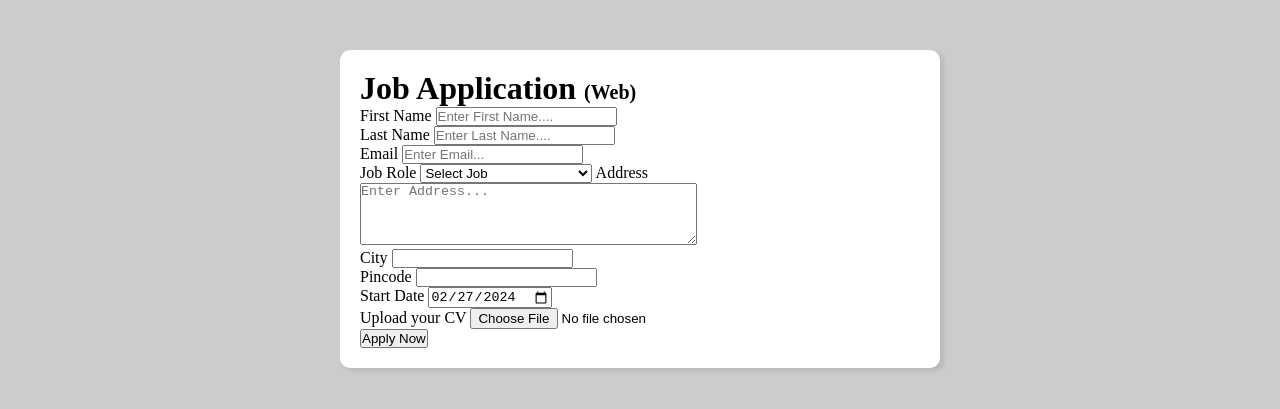
Repository: diensy/JOB-APPLICATION
Page: index.html
The author's editor kept a copy of each file at every save. The page is drawn from the files as they stood at one save, then again after the next save.
The browser window is 1280 px wide. The pictures show the whole page.

Above is the page before, as saved 2024-02-27 22:08:10.

### index.html
<!DOCTYPE html>
<html lang="en">
  <head>
    <meta charset="UTF-8" />
    <meta name="viewport" content="width=device-width, initial-scale=1.0" />
    <title>Job Application Form</title>
    <link rel="stylesheet" href="Job_Application.css" />
  </head>
  <body>
    <div class="container">
      <div class="apply">
        <h1>Job Application <span class="web">(Web)</span></h1>

    <form action="">
      <div class="form_container">
        <div class="form_control">
          <label for="first">First Name</label>
          <input type="text" id="first" placeholder="Enter First Name...." />
        </div>
        <div class="form_control">
          <label for="last">Last Name</label>
          <input type="text" id="last" placeholder="Enter Last Name...." />
        </div>
        <div class="form_control">
          <label for="Email">Email</label>
          <input type="email" id="Email" placeholder="Enter Email..." />
        </div>
        <div class="form_control">
        <label for="Job">Job Role</label>
      <select name="JobRole" id="Job">
        <option value="Select Job">Select Job</option>
        <option value="JAVA">JAVA DEVELOPER</option>
        <option value="WEB">WEB DEVELOPER</option>
        <option value="BACKEND">BACKEND DEVELOPER</option>
        <option value="MERN DEVELOPER">MERN DEVELOPER</option>
      </div>
      </select>
      <label for="address">Address</label>
      <div class="textarea_control">
      <textarea
        name="Address"
        id="address"
        cols="40"
        rows="4"
        placeholder="Enter Address..."
      ></textarea>
    </div>
    <div class="textarea_control">
      <label for="city">City</label>
      <input type="text" id="city" />
    </div>
    <div class="textarea_control">
      <label for="pin">Pincode</label>
      <input type="text" id="pin" />
      </div>
      <div class="textarea_control">
      <label for="date">Start Date</label>
      <input value="2024-02-27" type="date" name="date" id="date" />
      </div>
      <div class="textarea_control">
      <label for="file">Upload your CV</label>
      <input type="file" id="file" />
      </div>
    </div>
    <div class="button_control">
      <button class="applybutton" type="submit">Apply Now</button>
    </div>
    </form>
  </div>
  </div>
  </body>
</html>

### Job_Application.css
* {
  margin: 0;
  padding: 0;
  box-sizing: border-box;
}
body {
  background-color: #ccc;
}
.container {
  max-width: 900px;
  margin: 0 auto;
}
.apply {
  max-width: 600px;
  padding: 20px;
  background-color: white;
  margin: 0 auto;
  margin-top: 50px;
  box-shadow: 4px 3px 5px rgb(1, 1, 1, 0.1);
  border-radius: 10px;
}
.web {
  font-size: 20px;
}
.applybutton {
}

After the next save:
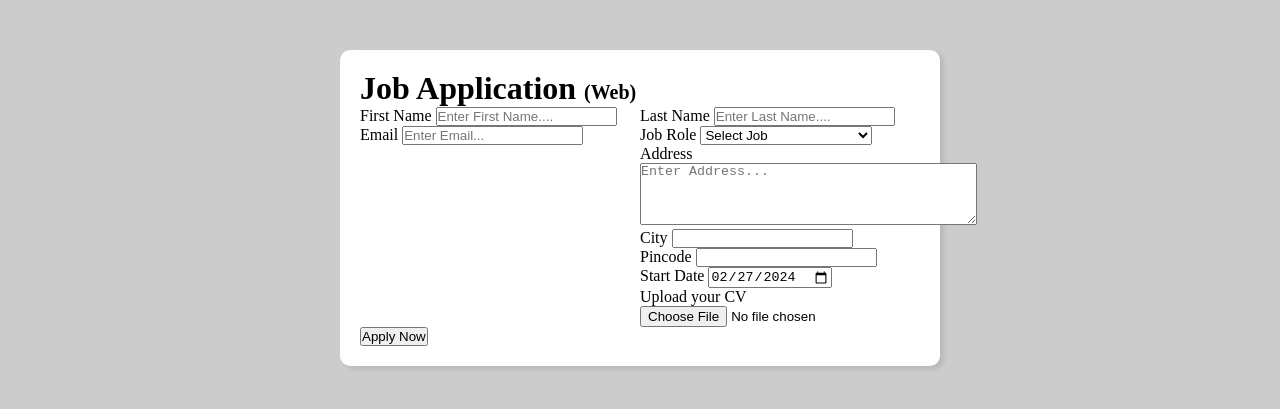
Saved 3 min 11 s later.
--- a/Job_Application.css
+++ b/Job_Application.css
@@ -24,3 +24,7 @@ body {
 }
 .applybutton {
 }
+.form_container {
+  display: grid;
+  grid-template-columns: repeat(auto-fit, minmax(200px, 1fr));
+}
